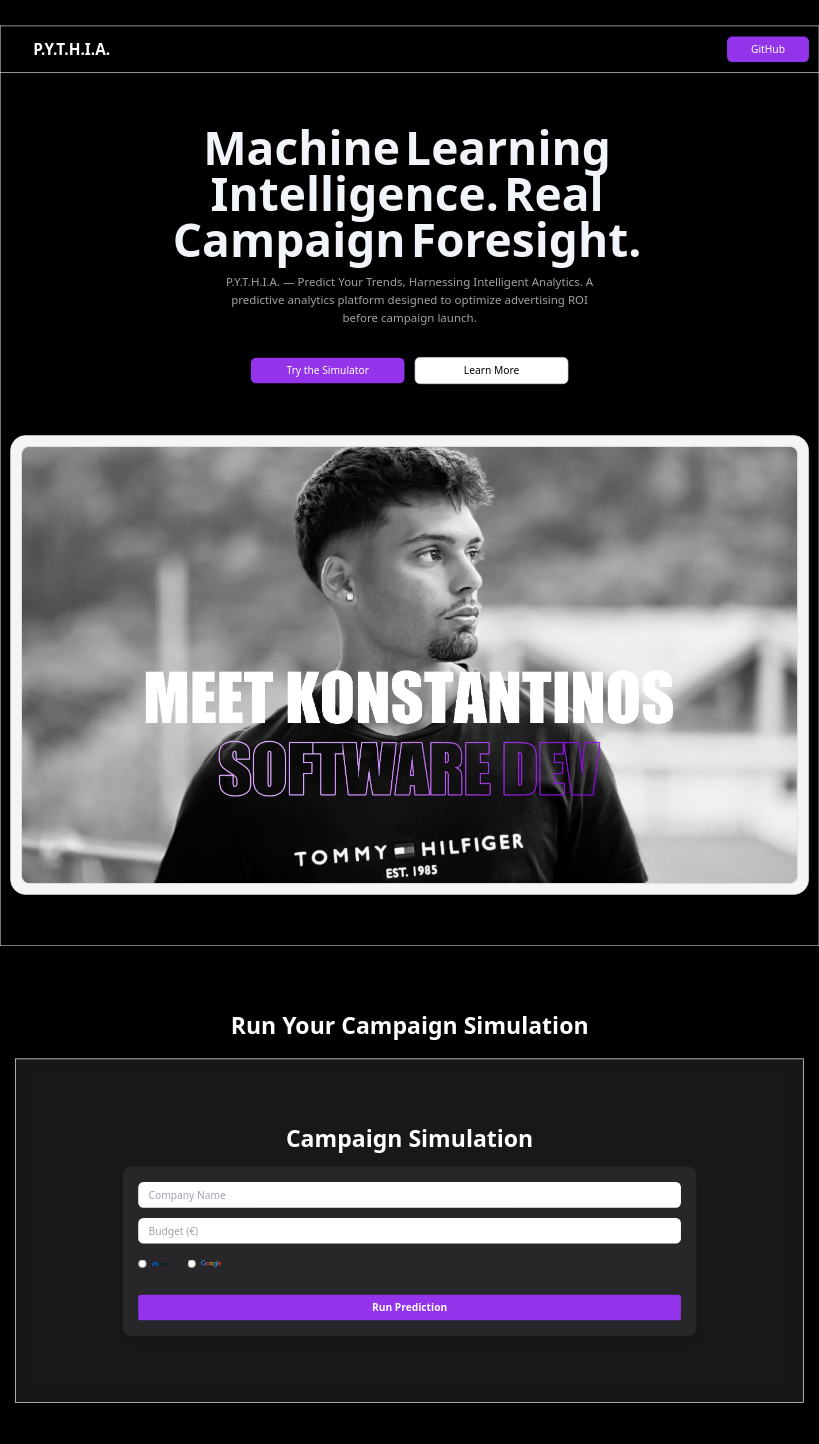
Repository: gaswiz/pythia-core
Page: / (app in frontend-v2/)
The author's editor kept a copy of each file at every save. The page is drawn from the files as they stood at one save, then again after the next save.
The browser window is 1280 px wide. The pictures show the whole page, at 64% of full size.
Some web libraries are served in a nearby version. The project was rebuilt for these pictures with package versions that can differ from the ones it lists, and the page was loaded fresh each time. Also part of the build but not shown: frontend-v2/vite.config.js.

Above is the page before, as saved 2025-05-28 01:10:08.

After the next save:
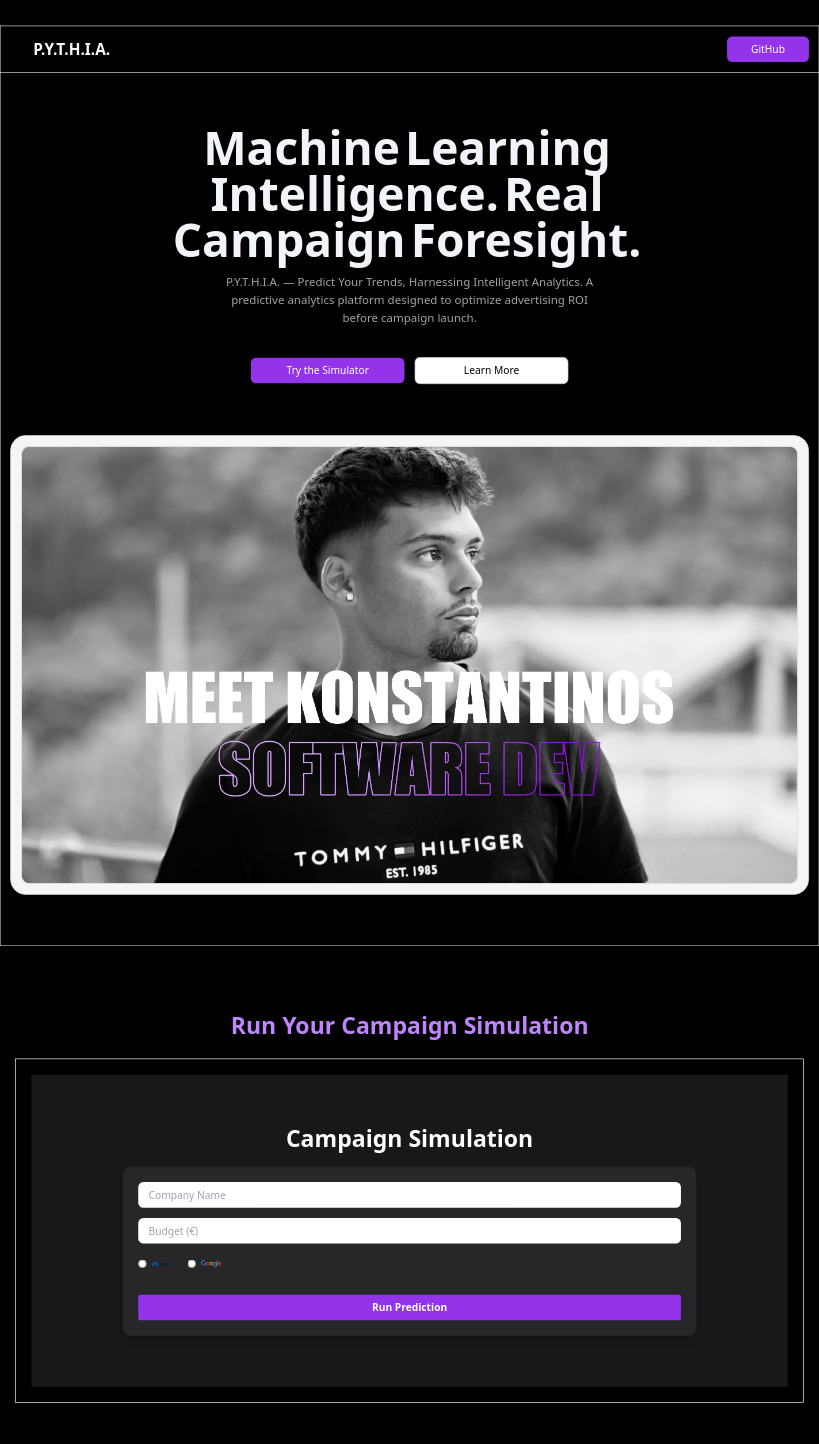
Saved 2 min 1 s later.
--- a/frontend-v2/src/App.jsx
+++ b/frontend-v2/src/App.jsx
@@ -1,6 +1,6 @@
 /*
   File: /src/App.jsx
-  Description: Updated root layout. Hero-style simulation UI with sharper borders and unified logo selection.
+  Description: Full simulation layout with black, white, and purple theme. Charts to follow.
 */
 
 import React from "react";
@@ -12,10 +12,10 @@
     <div className="min-h-screen bg-black text-white">
       <HeroSectionOne />
 
-      {/* Simulation Section with unified icon and sharper borders */}
+      {/* Simulation Section with final theme and structure */}
       <section className="max-w-7xl mx-auto px-6 py-16">
-        <h2 className="text-4xl font-bold text-center mb-8">Run Your Campaign Simulation</h2>
-        <div className="border border-white bg-neutral-900 p-6 shadow-md">
+        <h2 className="text-4xl font-bold text-center mb-8 text-purple-400">Run Your Campaign Simulation</h2>
+        <div className="border border-white bg-black p-6 shadow-md">
           <Simulation />
         </div>
       </section>
